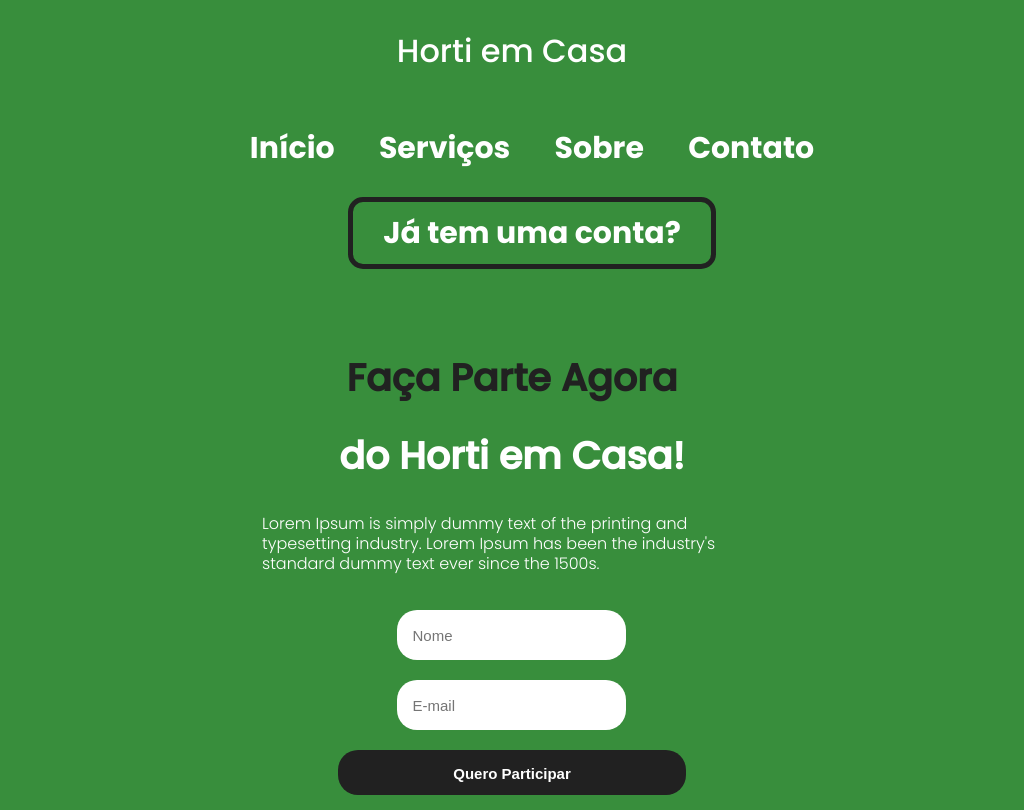
Repository: gabrielcastroo/horti-em-casa
Page: index.html
These files come from the project's save history. The page is drawn as it stood at one moment and after a run of saves; the edit follows.
The browser window is 1024 px wide. The pictures show the whole page.

Above is the page before, as saved 2022-04-24 18:43:10.

### index.html
<!DOCTYPE html>
<html lang="en">
<head>
    <meta charset="UTF-8">
    <meta http-equiv="X-UA-Compatible" content="IE=edge">
    <link href="styles/style.css" rel="stylesheet">
    <link href="styles/fonts.css" rel="stylesheet">
    <link href="/styles/media.css" rel="stylesheet">
    <title>Horti em Casa</title>
</head>
<body>
    <header>
        <div>
            <h1>
                Horti em Casa
            </h1>
        </div>

        <ul>
            <a href="#"><li>Início</li></a>
            <a href="#"><li>Serviços</li></a>
            <a href="#"><li>Sobre</li></a>
            <a href="#"><li>Contato</li></a>
            <a href="#" id="inscrever"><li>Já tem uma conta?</li></a>
        </ul>
    </header>

    <main>
        <aside>
            <h2>
                <span>
                    Faça Parte Agora
                </span>
            </h2>
            <h2>
                do Horti em Casa!
            </h2>
            <p>
                Lorem Ipsum is simply dummy text of the printing and typesetting industry. Lorem Ipsum has been the industry's standard dummy text ever since the 1500s.
            </p>
            <form>
                <input type = "text" placeholder = "Nome">
                <input type = "email" placeholder = "E-mail">
                <input type = "submit" value = "Quero Participar" id="submit">
            </form>
        </aside>

        <article>
            <img src="components/images/legumes.png" alt = "legumes">
        </article>
    </main>

</body>
</html>

### styles/style.css
body{
    /* background-color: rgba(#388E3C); */
    background-color: rgb(56, 142, 60);
    color: white;
    font-family: poppinsregular;
    max-Width: 1200px;
    margin: 0 auto;
    padding: 15px;
}

aside {
    display: flex;
    align-items: center;
    flex-direction: column;
}

header {
    display: flex; /* disposição dos elementos*/
    flex-direction: row;
    justify-content: space-between;
    align-items: center;

}

#title {
    flex-direction: column;
    line-height: 10px;

}

li{
    display: inline-block;
    margin: 20px;
}

a{
    color: white;
    font-family: poppinsbold;
}

a:hover {
    color: rgb(33, 33, 33);
    transition: 0.3s all;
}

#inscrever {
    border: 5px solid rgb(33, 33, 33);
    padding:10px;
    border-radius: 15px;
}

#inscrever:hover {
    background-color: rgb(33, 33, 33);
    color: white;
}

h1 {
    font-weight: 400;
    font-family: poppinsmedium;
}

h2{
    font-size: 50px;
    line-height: 15px;
    font-family: poppinsmedium;
}

main {
    display: flex; /* disposição dos elementos*/
    flex-direction: row;
    margin-top: 50px;
}

span{
    color: rgb(33, 33, 33)
}

p{
    line-height: 20px;
    max-width: 500px;
    font-family: poppinslight;
}

img {
    width: 380px;
    padding-left: 250px;
}

form {
    display: flex;
    flex-direction: column;
    width: 70%;
}

#submit {
    height: 20px;
    width: 50%;
    background-color: rgb(33,33,33);
    color: white;
    font-weight: bold;
    padding-bottom: 30px;
}

#submit:hover {
    cursor: pointer;
}

input {
    margin-top: 20px;
    height: 20px;
    padding: 15px;
    border-radius: 20px;
    border: none;
    font-size: 15px;
}

### styles/fonts.css
@font-face {
    font-family: 'poppinsblack';
    src: url('../components/fonts/poppins-black-webfont.woff2') format('woff2'),
         url('../components/fonts/poppins-black-webfont.woff') format('woff');
    font-weight: normal;
    font-style: normal;

  }




  @font-face {
    font-family: 'poppinsbold';
    src: url('../components/fonts/poppins-bold-webfont.woff2') format('woff2'),
         url('../components/fonts/poppins-bold-webfont.woff') format('woff');
    font-weight: normal;
    font-style: normal;

  }


  @font-face {
    font-family: 'poppinslight';
    src: url('../components/fonts/poppins-light-webfont.woff2') format('woff2'),
         url('../components/fonts/poppins-light-webfont.woff') format('woff');
    font-weight: normal;
    font-style: normal;

  }


  @font-face {
    font-family: 'poppinsmedium';
    src: url('../components/fonts/poppins-medium-webfont.woff2') format('woff2'),
         url('../components/fonts/poppins-medium-webfont.woff') format('woff');
    font-weight: normal;
    font-style: normal;

  }

  @font-face {
    font-family: 'poppinsregular';
    src: url('../components/fonts/poppins-regular-webfont.woff2') format('woff2'),
         url('../components/fonts/poppins-regular-webfont.woff') format('woff');
    font-weight: normal;
    font-style: normal;

  }

  @font-face {
    font-family: 'poppinssemibold';
    src: url('../components/fonts/poppins-semibold-webfont.woff2') format('woff2'),
         url('../components/fonts/poppins-semibold-webfont.woff') format('woff');
    font-weight: normal;
    font-style: normal;

  }

### styles/media.css
@media screen and (max-width: 1148px){

    a {
        font-size: 30px;
    }

    header{
        flex-direction: column;
    }

    main{
        flex-direction: column;
    }

    h2{
        font-size:38px;
    }

    form{
        margin: 0 auto;
    }

    input{
        align-self: center;
    }

    img{
        display: none;
    }

    ul {
        text-align: center;
    }
}

After the next 2 saves:
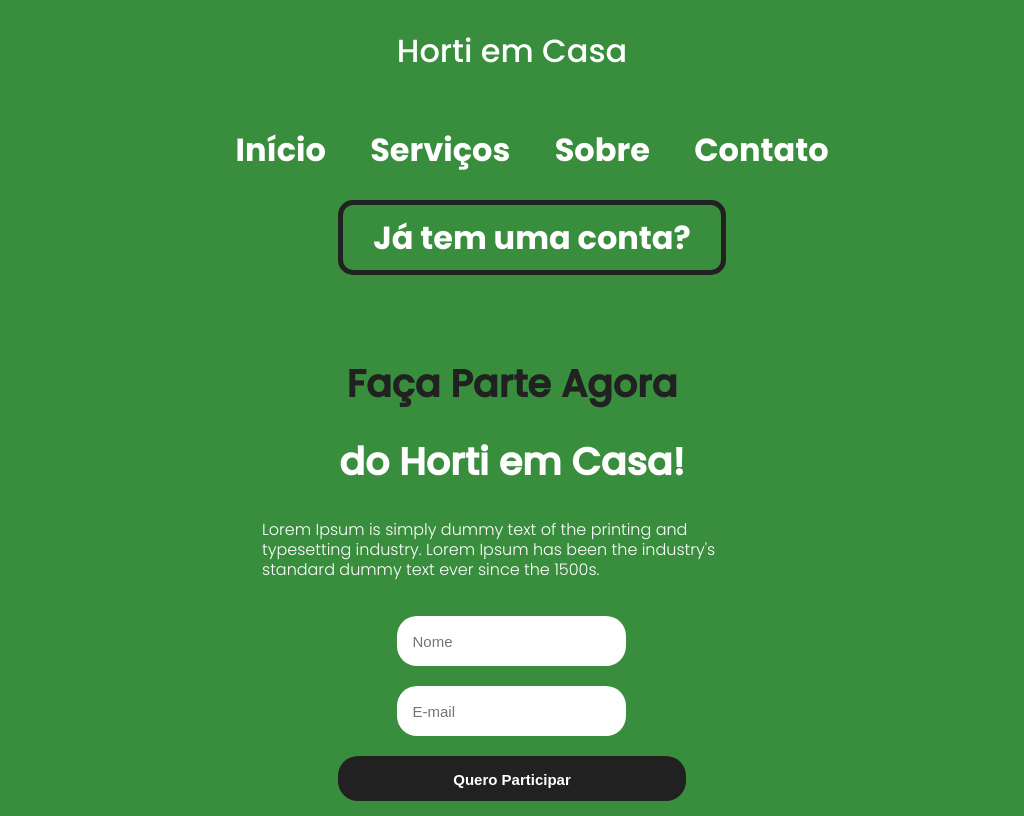
The 2 saves are shown as one change because they came seconds apart.
The last was saved 8 s later.
--- a/styles/media.css
+++ b/styles/media.css
@@ -1,7 +1,7 @@
 @media screen and (max-width: 1148px){
 
     a {
-        font-size: 30px;
+        font-size: 32px;
     }
 
     header{

After the save that followed:
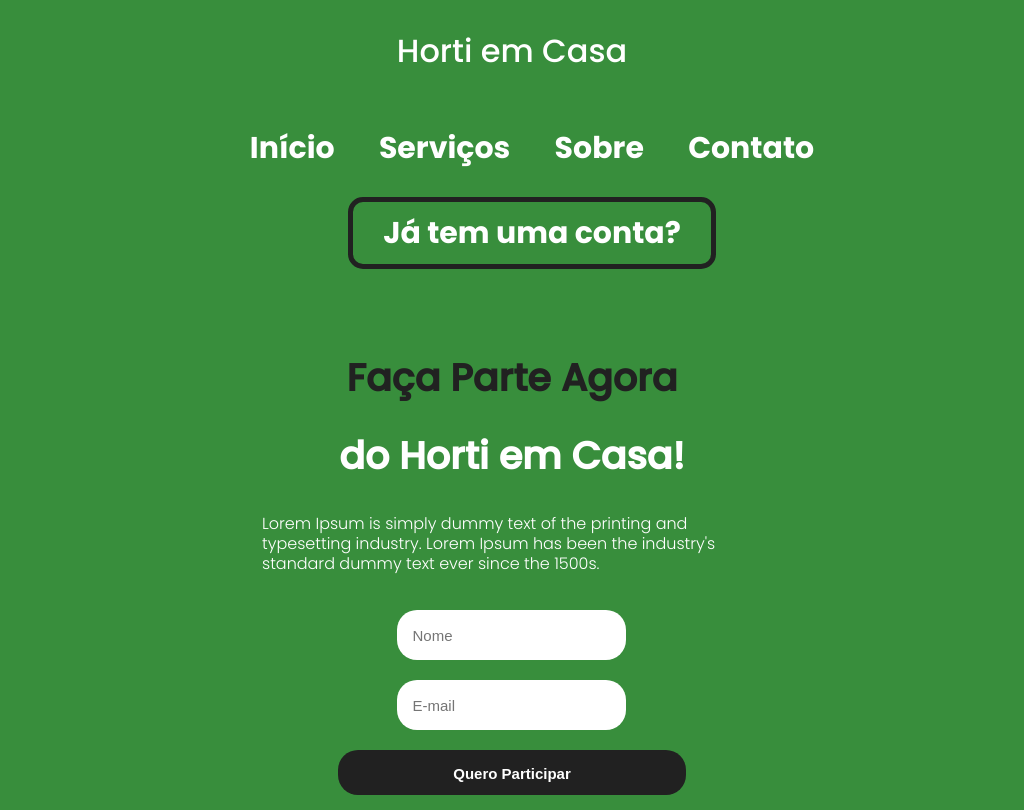
Saved 2 min 17 s later.
--- a/styles/media.css
+++ b/styles/media.css
@@ -1,7 +1,7 @@
 @media screen and (max-width: 1148px){
 
     a {
-        font-size: 32px;
+        font-size: 30px;
     }
 
     header{
